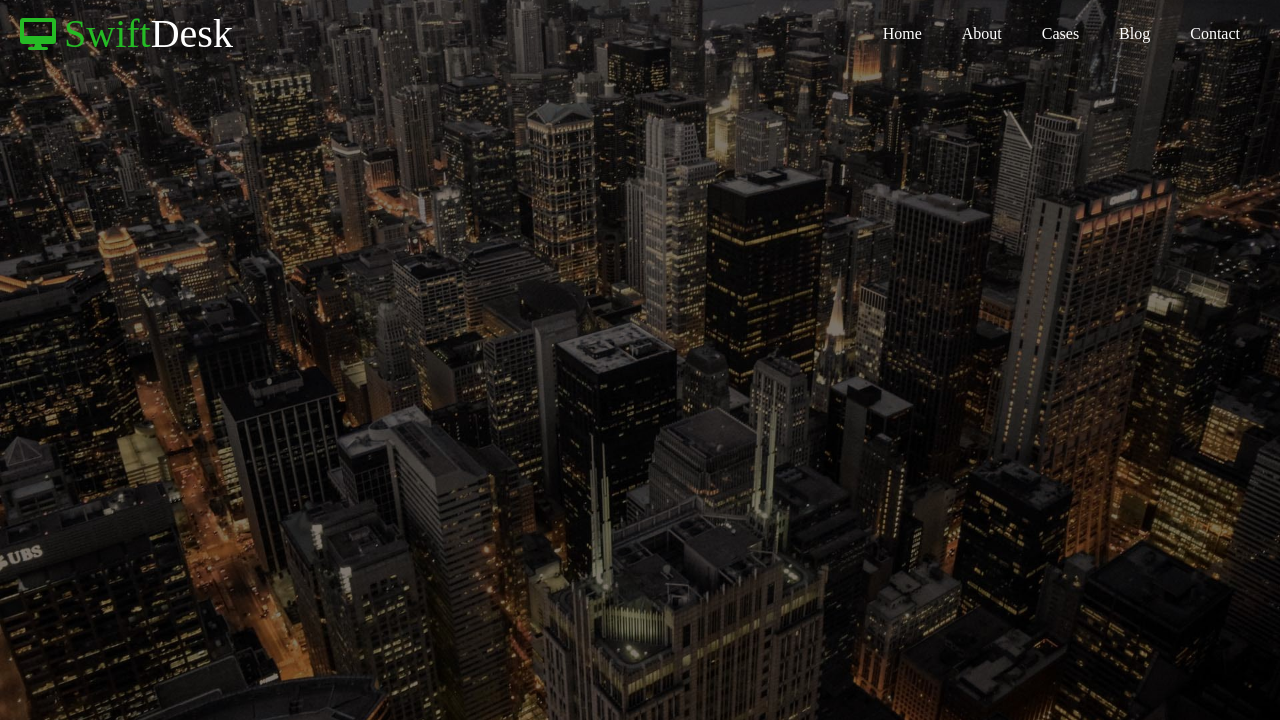
Repository: reemoon-ctrl/swiftdisk-Website-Flexbox
Page: blog.html
An editor plug-in stored every save of this project. The page is shown before and after the next save, followed by the edit.
The browser window is 1280 px wide. The pictures show the whole page.

Above is the page before, as saved 2024-07-27 11:42:21.

### blog.html
<!DOCTYPE html>
<html lang="en">
<head>
    <meta charset="UTF-8">
    <meta name="viewport" content="width=device-width, initial-scale=1.0">
    <title>
        Swift Desk
    </title>
    <link rel="stylesheet" href="https://cdnjs.cloudflare.com/ajax/libs/font-awesome/6.0.0-beta3/css/all.min.css">

    <link rel="stylesheet" href="index.css">
</head>
<body>
    <div class="show-case">
        <header>
            <div class="nav-bar">
                <div class="title-bar">
                    <i class="fas fa-desktop fa-2x" style="color: rgb(37, 187, 37)"></i>
                    <h1 class="title"><span class="fword"> Swift</span>Desk</h1>
                </div>
                <div class="link-bar">
                    <a href="index.html">Home</a>
                    <a href="#about">About</a>
                    <a href="#cases">Cases</a>
                    <a href="#blog">Blog</a>
                    <a href="#contact">Contact</a>
                </div>
            </div>
        </header>

</body>
</html>

### index.css
*{
    box-sizing: border-box;
    margin: 0;
    padding: 0;
}
body{

}
.nav-bar{
    display: flex;
    justify-content:space-between ;
    padding: 10px 20px;
    color:#fff;




}
.title-bar{
    align-items: center;
    flex-grow: 1;
    display: flex;
    gap:.5rem;


}
.title-bar h1{
    display:inline-block;
    font-size:2.5rem;
    font-weight: 400;
}

.link-bar{

    /* flex-grow:1 ; */
    align-self: center;
    display: flex;
}
.link-bar a{
    padding: 10px 20px;
    color:#fff;
    text-decoration: none;


}
.link-bar a:hover{
    border-bottom: 1px #25bb25 solid;
}
.fword{
    color:#25bb25;
}
.show-case{
   height:100vh;
   text-align: center;
   color:#fff;

   background:  url('img/home/showcase.jpg') no-repeat center center/cover ;
}
.hd-content{
    padding-top: 18rem;
}
.hd-content h1{
    font-size: 3rem;
}
.hd-content p{
    font-size: 1.5rem;
    padding-top: .8rem;
    padding-bottom: .8rem;
}
.hd-content a{
    color: #fff;
    background:#45c745 ;
    padding: 10px 30px;
    border-radius: 5px;
    text-decoration: none;
    text-align: center;
}
.about-section ul{
    display: flex;
    list-style: none;
    gap: 20px;

}
.about-srvice{
    padding: 50px ;
}
.about-srvice li{
    text-align: center;
}
.about-srvice li i{
    background-color: rgb(69, 199, 69);
    color:#fff;
    width:70px;
    height: 70px;
    border-radius: 70px;
    font-size: 40px;
    padding-top:15px ;


}
.about-srvice li h3{
    padding-top: 20px;
}
.about-srvice li p{
    padding-top: 20px;
    font-size: 20px;
    color: dimgrey;
}

.solutions{
    display:flex;
    background: #45c745;

}
.img{
    width:50%;
    background: url('/img/home/people.jpg') center center/cover no-repeat;

}
.solution-content{
    color:#fff;
    padding:20px 30px;
    height:25rem;
    width: 50%;
}
.solution-content h2{
    font-size: 40px;
    font-weight: 500;
    padding: 1.5rem 0px;
}
.solution-content p{
    font-size: 20px;
    line-height: 1.3;
    margin-bottom: 20px;
}
.solution-content a{
    padding: 10px 40px;
    border: 1px solid;
    color:#fff;
    text-decoration: none;
    border-radius: 5px;
    font-size: 18px;

}
.Business-case{
    width: 100vw;
}
.Business-case-content{
    text-align: center;
    padding-left: 30px;
    padding-right: 30px;
}
.Business-case-content h3{
    padding: 30px 0px;
}
.Business-case-content h2{
   padding-bottom: 30px;
    font-size: 40px;
    font-weight: 500;
}
.Business-case-content p{
    padding-bottom: 30px;
    font-size: 20px;
}
.BC-image{
    display: grid;
    grid-template-columns:100px 100px 100px 100px ;
   gap: 20px;
   padding: 40px 0px;
}
.BCimg{
    width: 100px;
    height:100px;

}
/* //////////////////////////////////// */
.blog{
    display:flex;
    background: #5145f3;
    flex-direction: row-reverse;

}
.img{
    width:50%;
    background: url('/img/home/blog.jpg') center center/cover no-repeat;

}
.blog-content{
    color:#fff;
    padding:20px 30px;
}
.blog-content{
    height:25rem;
    width: 50%;
}
.blog-content h2{
    font-size: 40px;
    font-weight: 500;
    padding: 1.5rem 0px;
}
.blog-content p{
    font-size: 20px;
    line-height: 1.3;
    margin-bottom: 20px;
}
.blog-content a{
    padding: 10px 40px;
    border: 1px solid;
    color:#fff;
    text-decoration: none;
    border-radius: 5px;
    font-size: 18px;

}
.our-team{
    padding-bottom: 40px;
}
.team-image{
    display: flex;
    justify-content: space-around;
    width: 100vw;
    list-style: none;
    text-align: center;

}
.team-image li h4{
    padding: 15px;
}
.tmimg{
    width: 90%;
    height:70%;
    border-radius: 70%;

}
.request{
    display: flex;
    background-color: #f4f4f4;
}
.request .img{
    background: url(/img/home/contact.jpg);
}
.form-content{
    color:#333;
    padding:20px 30px;
    height:25rem;
    width: 50%;
}
.form-content h2{
    color:#333;
    font-size: 40px;
    font-weight: 500;
    padding: 1.5rem 0px;
    font-weight:lighter;
}
.requwst-form{
    display: flex;
    flex-direction: column;
    gap :20px;

}
.requwst-form input{
border: #ddd;
color: #333;
font-size: 15px;
padding: 10px;
}
.requwst-form input[type=submit]{
    background: #25bb25;
    color:#fff;
    cursor: pointer;
    border-radius: 5px;


}
.requwst-form input[type=submit]:hover{
    background-color: #6de66d;

}
footer{
    background: #333;
    padding: 20px ;
}
.footer-icon{
    display: flex;
    align-items: center;
    justify-content: center;
    gap:25px;
}
.footer-icon li{
    list-style: none;
}
.footer-icon li a{
    color: #fff;
    font-size: 30px;
}
.footer-icon li a:hover{
    color: #45c745;
}

footer p{
    text-align: center;
    color: #fff;
    padding-top: 20px;

}

After the next save:
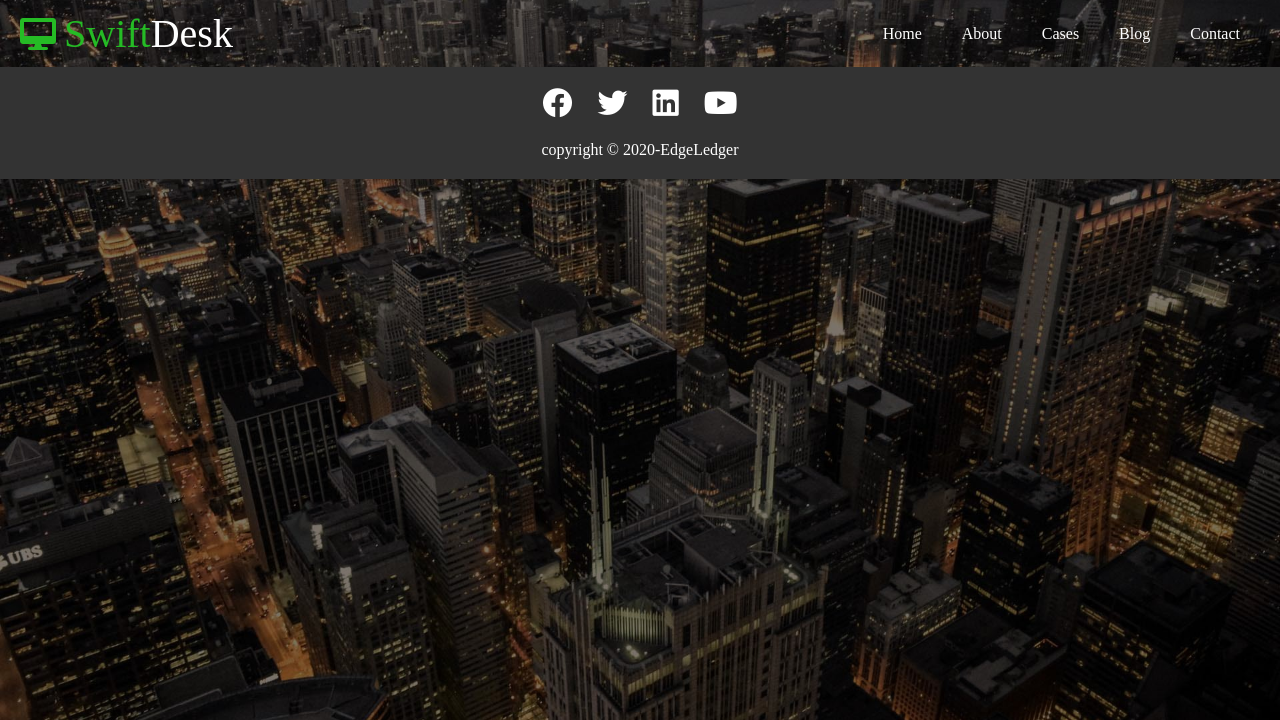
Saved 19 s later.
--- a/blog.html
+++ b/blog.html
@@ -27,6 +27,15 @@
                 </div>
             </div>
         </header>
+        <footer>
+            <ul class="footer-icon">
+                <li><a href=""><i class="fa-brands fa-facebook"></i></a></li>
+                <li><a href=""><i class="fa-brands fa-twitter"></i></a></li>
+                <li><a href=""><i class="fa-brands fa-linkedin"></i></a></li>
+                <li><a href=""><i class="fa-brands fa-youtube"></i></a></li>
+            </ul>
+            <p>copyright &copy; 2020-EdgeLedger</p>
+        </footer>
 
 </body>
 </html>
